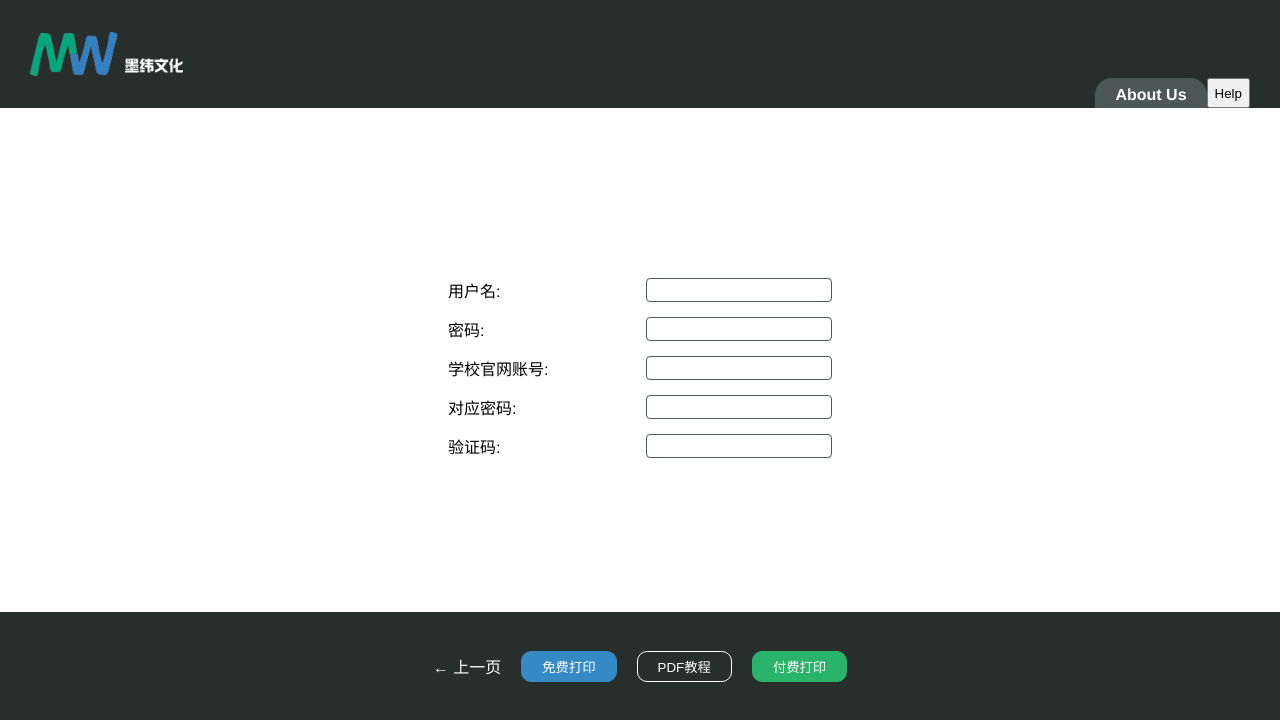
Repository: sucksucksucksuck/mw
Page: /#/register
The author's editor kept a copy of each file at every save. The page is drawn from the files as they stood at one save, then again after a run of saves.
The browser window is 1280 px wide. The pictures show the whole page.
The project was rebuilt for these pictures with package versions that can differ from the ones it lists, and the page was loaded fresh each time. Also part of the build but not shown: webpack.config.js, src/components/HelloWorld.vue, src/components/Suck.vue.

Above is the page before, as saved 2018-04-13 17:32:55.

### index.html
<!DOCTYPE html>
<html>
  <head>
    <meta charset="utf-8">
    <meta name="viewport" content="width=device-width,initial-scale=1.0">
    <title>mw文化</title>
  </head>
  <body>
    <div id="app">

    </div>
  </body>
</html>

### src/App.vue
<template>
  <div id="app">
    <header>
      <img src="./assets/images/logo.png" alt="">
      <div class="btn">
        <router-link to="Suck">About Us</router-link>
        <button type="button">Help</button>
      </div>
    </header>
    <div class="wrap">
      <router-view/>
    </div>
    <footer>
      <div @click='back'>
        ← 上一页
      </div>
      <button type="button" class="free">
        免费打印
      </button>
      <button type="button" class="pdf">
        PDF教程
      </button>
      <button type="button" class="pay">
        付费打印
      </button>
    </footer>
  </div>
</template>

<script>
  export default {
    name: 'App',
    methods: {
      back: function () {
        this.$router.go(-1)
      }
    }
  }

</script>

<style>
  #app {
    font-family: 'Avenir', Helvetica, Arial, sans-serif;
    -webkit-font-smoothing: antialiased;
    -moz-osx-font-smoothing: grayscale;
    text-align: center;
    color: #fff;
    background-color: #282E2C;
    height: 100%;
    display: flex;
    flex-direction: column;
    flex: 1;
    width: 100%;
    overflow: hidden;
    position: absolute;
    top: 0;
    left: 0;
  }

  header {
    background: #282E2C;
    height: 15%;
    justify-content: space-between;
    align-items: center;
    display: flex;
  }

  header .btn {
    margin-right: 30px;
    display: flex;
    flex-direction: row;
    justify-content: space-between;
    align-self: flex-end;
  }

  header .btn a {
    margin-left: 15px;
    border: none;
    background: rgba(225, 255, 255, 0.2);
    color: #fff;
    border-top-left-radius: 17px;
    border-top-right-radius: 17px;
    padding: 8px 20px 4px 20px;
    font-weight: 600;
    text-decoration: none;
  }
  .router-link-active {
    background:#959595 !important;
  }

  .wrap {
    flex: 1;
    display: flex;
    background: #fff;
  }

  header img {
    height: 40%;
    margin-left: 30px;
  }

  * {
    margin: 0;
  }

  footer {
    background: #282E2C;
    height: 15%;
    justify-content: center;
    display: flex;
    align-items: center
  }

  footer div {
    cursor: pointer;
  }

  footer div:hover {
    color: #3580C4;
  }

  .free {
    margin-left: 20px;
    border: 1px solid #3589C5;
    background: #3589C5;
    color: #fff;
    border-radius: 10px;
    padding: 5px 20px;
    cursor: pointer;
    outline: none;
  }

  .pdf {
    margin-left: 20px;
    border: 1px solid #fff;
    box-sizing: content-box;
    background: transparent;
    color: #fff;
    border-radius: 10px;
    padding: 5px 20px;
    cursor: pointer;
    outline: none;
  }

  .pay {
    margin-left: 20px;
    border: 1px solid #2AB36B;
    background: #2AB36B;
    color: #fff;
    border-radius: 10px;
    padding: 5px 20px;
    cursor: pointer;
    outline: none;
  }

</style>

### src/router/index.js
import Vue from 'vue'
import Router from 'vue-router'
import HelloWorld from '@/components/HelloWorld'
import Suck from '@/components/Suck'
import Register from '@/components/Register'
Vue.use(Router)

export default new Router({
  routes: [
    {
      path: '/',
      name: 'HelloWorld',
      component: HelloWorld
    },
    {
      path: '/suck',
      name: 'Suck',
      component: Suck
    },
    {
      path: '/register',
      name: 'Register',
      component: Register
    }
  ]
})

### src/components/Register.vue
<template>
  <!-- <div class="hello">
      <h1>{{ msg }}23234</h1>
    </div> -->
  <div class="register">
    <div class="item">
      <div>用户名:</div>
      <input type="text" name="name">
    </div>
    <div class="item">
      <div>密码:</div>
      <input type="text" name="name">
    </div>
    <div class="item">
      <div>学校官网账号:</div>
      <input type="text" name="name">
    </div>
    <div class="item">
      <div>对应密码:</div>
      <input type="text" name="name">
    </div>
    <div class="item">
      <div>验证码:</div>
      <input type="text" name="name">
    </div>
  </div>
</template>

<script>
  export default {
    name: 'Register'
  }

</script>

<!-- Add "scoped" attribute to limit CSS to this component only -->
<style scoped>
  .register {
    color: #000;
    display: flex;
    align-items: center;
    justify-content: center;
    flex: 1;
    flex-direction: column;
  }

  .item {
    display: flex;
    flex-direction: row;
    justify-content: space-between;
    width: 30%;
    margin-top: 15px;
  }

  .item div {
    align-self: flex-end;
  }

  input {
    align-self: flex-end;
    outline: none;
    border-radius: 4px;
    border: 1px solid #4D5856;
    padding-left: 5px;
    line-height: 20px;
    height: 20px;
  }

</style>

Loaded but not shown: src/main.js (common file)

After the next 3 saves:
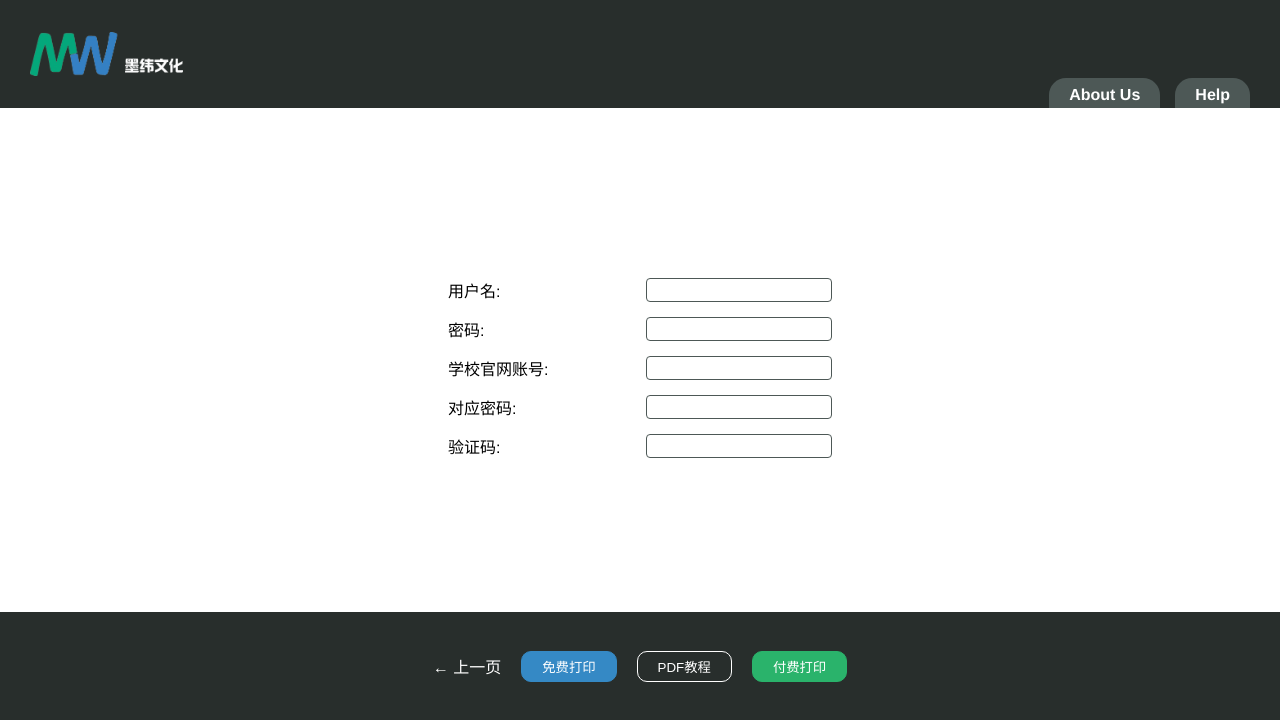
The 3 saves are shown as one change because 2 did not build or start.
The last was saved 27 s later.
--- a/src/App.vue
+++ b/src/App.vue
@@ -4,7 +4,7 @@
       <img src="./assets/images/logo.png" alt="">
       <div class="btn">
         <router-link to="Suck">About Us</router-link>
-        <button type="button">Help</button>
+        <router-link to="Suck">Help</router-link>
       </div>
     </header>
     <div class="wrap">
